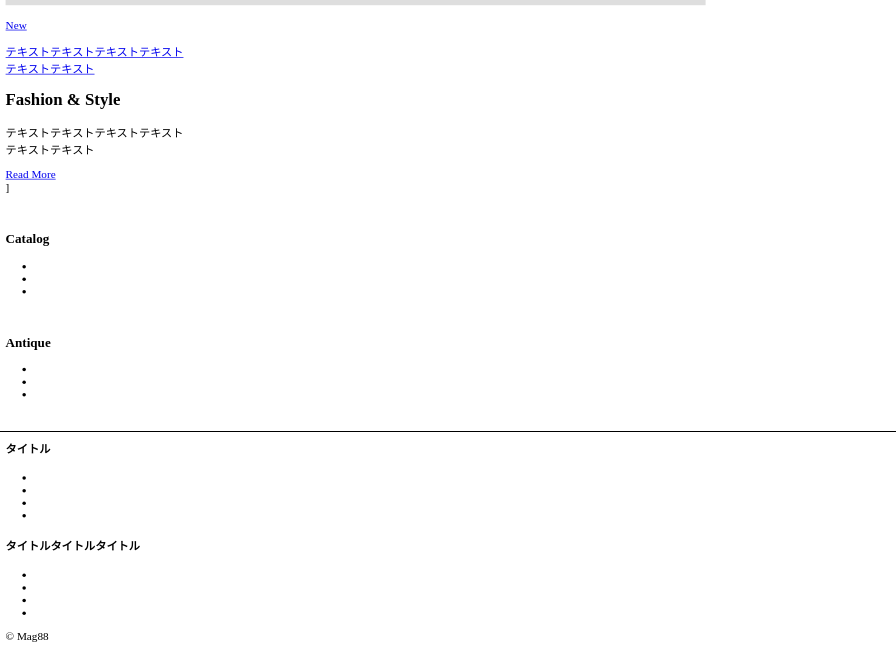
Repository: Fuki-san/bookstore
Page: http://localhost/book
An editor plug-in stored every save of this project. The page is shown before and after a run of saves, followed by the edit.
The browser window is 1280 px wide. The pictures show the part of the page from y = 2289 to 4209 px (the page is 3223 px tall before and 4209 px after), at 70% of full size.
The page is served by the project's Laravel application, run on PHP 8.4 with Laravel 10.

Above is the page before, as saved 2023-11-20 12:19:41.

After the next 2 saves:
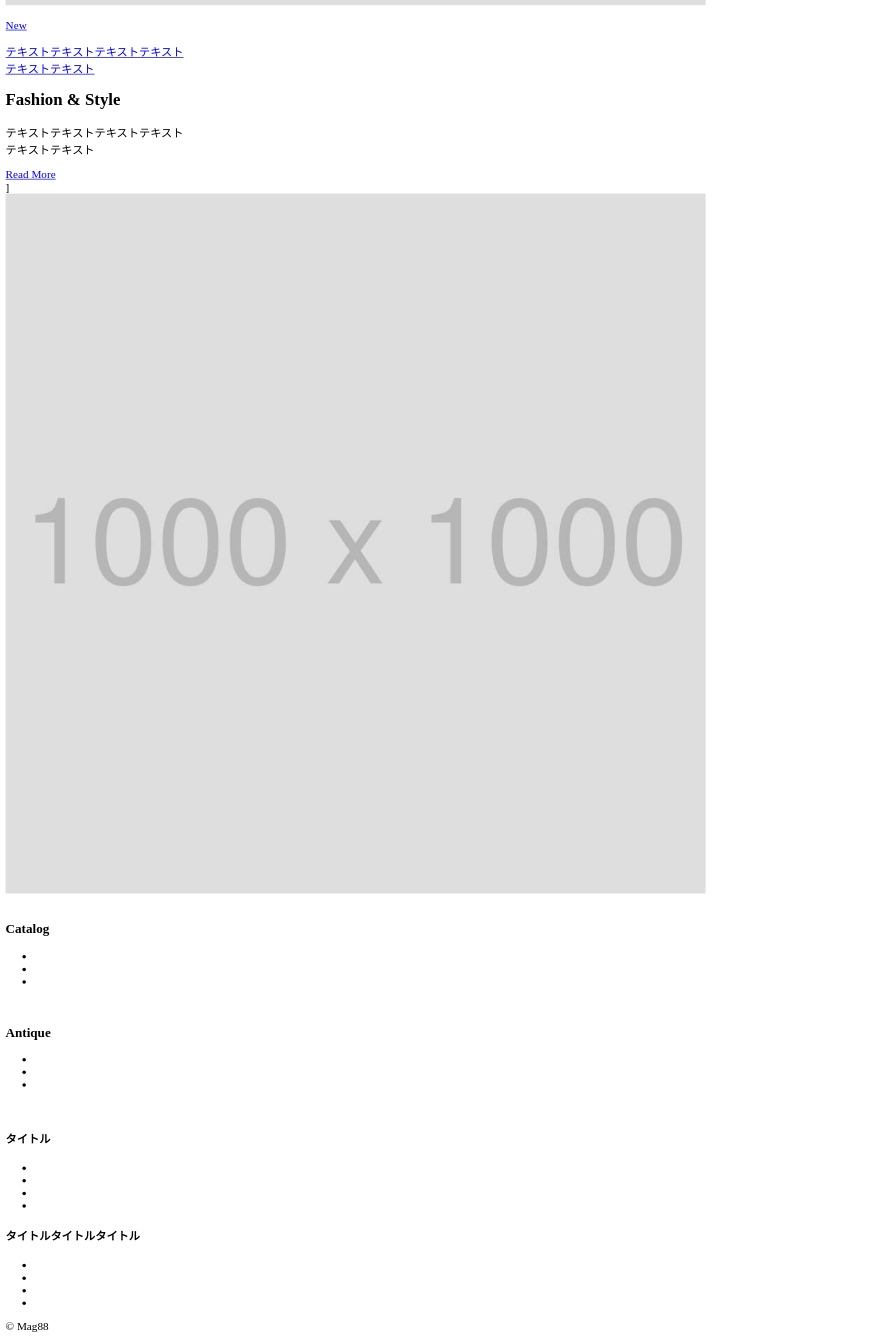
The 2 saves are shown as one change because they came seconds apart.
The last was saved 8 s later.
--- a/resources/views/bookstore.blade.php
+++ b/resources/views/bookstore.blade.php
@@ -49,7 +49,7 @@
         <section class="catalog-antique">]
             <div class="flex-item wrapper">
                 <div class="item">
-                    <img src="" alt="">
+                    <img src="img/catalog.jpg">
                 </div>
 
             </div>
